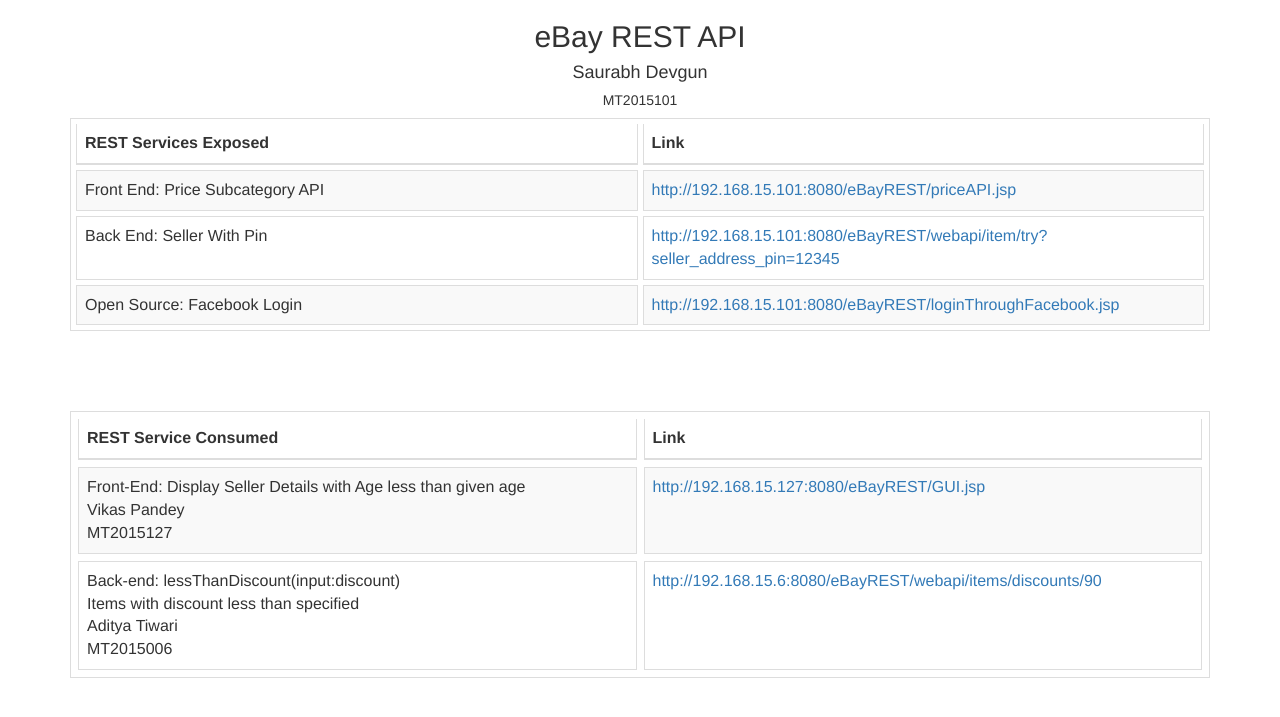
Repository: saurabh-devgun-iiitb/RESTProject
Page: http://localhost/eBayREST/
These files come from the project's save history. The page is drawn as it stood at one moment and after the next save; the edit follows.
The browser window is 1280 px wide. The pictures show the whole page.
The page is served by Tomcat 9. Other server files are loaded and not shown.

Above is the page before, as saved 2016-07-23 10:37:47.

### eBayREST/WebContent/index.jsp
<html>
<head>
  <meta name="viewport" content="width=device-width, initial-scale=1">
  <link rel="stylesheet" href="http://maxcdn.bootstrapcdn.com/bootstrap/3.3.6/css/bootstrap.min.css">
  <script src="https://ajax.googleapis.com/ajax/libs/jquery/1.12.4/jquery.min.js"></script>
  <script src="http://maxcdn.bootstrapcdn.com/bootstrap/3.3.6/js/bootstrap.min.js"></script>
  <style>
  	table{
  		border-spacing:7px;
  		border-collapse:separate;
  		table-layout:fixed;
  		width:300px;
  	}
  </style>
</head>
<body>
	<div align="center">
	    <h2>eBay REST API</h2>
	    <h4>Saurabh Devgun</h4>
	    <h5>MT2015101</h5>
    </div>
    <div class = "container">
    <table class="table table-hover table-striped table-bordered" style="border-spacing:5px">
      <thead>
        <tr>
          <th>REST Services Exposed</th>
          <th>Link</th>
        </tr>
      </thead>
      <tbody>
        <tr>
          <td>Front End: Price Subcategory API</td>
          <td><a href="priceAPI.jsp">http://192.168.15.101:8080/eBayREST/priceAPI.jsp</a></td>
        </tr>
        <tr>
          <td>Back End: Seller With Pin</td>
          <td><a href="sellerWithPin.jsp">http://192.168.15.101:8080/eBayREST/webapi/item/try?seller_address_pin=12345</a></td>
        </tr>
        <tr>
          <td>Open Source: Facebook Login</td>
          <td><a href="loginThroughFacebook.jsp">http://192.168.15.101:8080/eBayREST/loginThroughFacebook.jsp</a></td>
        </tr>
      </tbody>
    </table>
    </div>
    <br><br><br>
    <div class="container">
    	<table class="table table-hover table-striped table-bordered">
      <thead>
        <tr>
          <th>REST Service Consumed</th>
          <th>Link</th>
        </tr>
      </thead>
      <tbody>
        <tr>
          <td>Front-End: Display Seller Details with Age less than given age<br>Vikas Pandey<br>MT2015127</td>
          <td><a href="http://192.168.15.127:8080/eBayREST/GUI.jsp">http://192.168.15.127:8080/eBayREST/GUI.jsp</a></td>
        </tr>
        <tr>
          <td>Back-end: lessThanDiscount(input:discount)<br>Items with discount less than specified<br>Aditya Tiwari<br>MT2015006</td>
          <td><a href="http://192.168.15.6:8080/eBayREST/itemDiscount.jsp">http://192.168.15.6:8080/eBayREST/webapi/items/discounts/90</a></td>
        </tr>
      </tbody>
    </table>
    </div>
    <!--
    <p><a href="priceAPI.jsp">Price API</a></p>
    <p><a href="loginThroughFacebook.jsp">Login through Facebook</a></p>
    <p><a href="sellerWithPin.jsp">Get Sellers In City with pin</a></p>
    -->
</body>
</html>

After the next save:
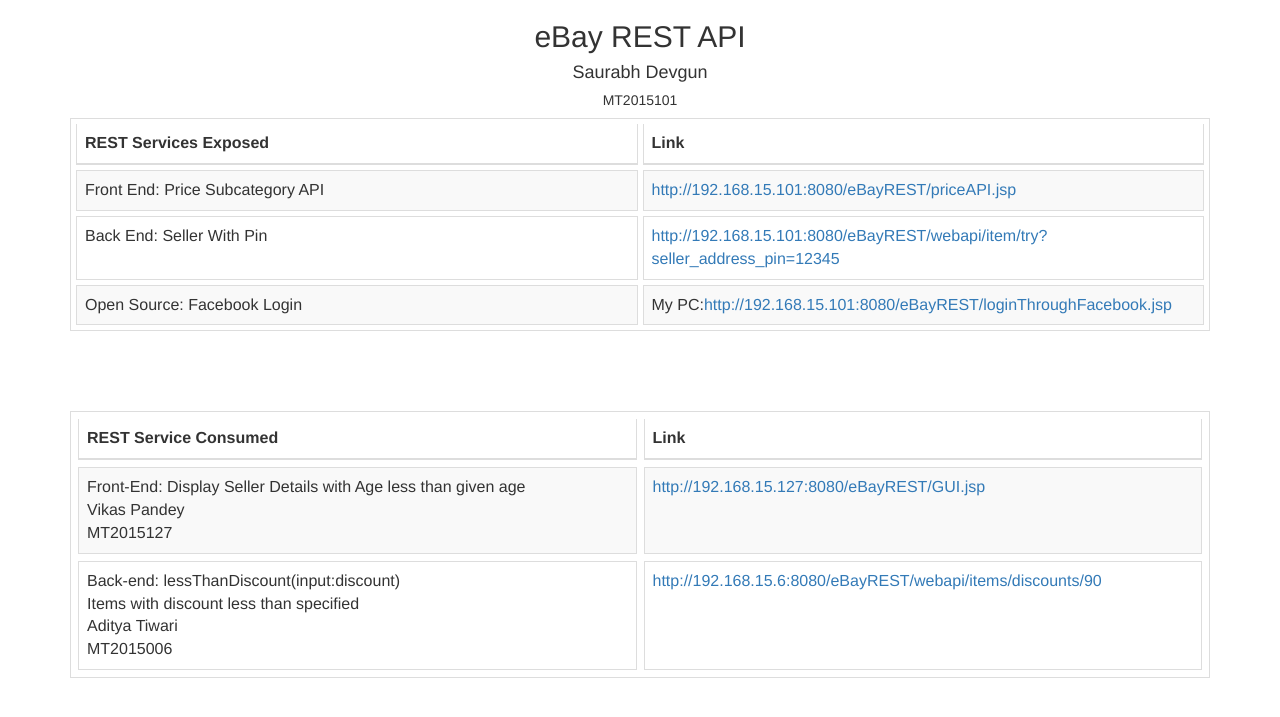
Saved 71 min 57 s later.
--- a/eBayREST/WebContent/index.jsp
+++ b/eBayREST/WebContent/index.jsp
@@ -38,7 +38,7 @@
         </tr>
         <tr>
           <td>Open Source: Facebook Login</td>
-          <td><a href="loginThroughFacebook.jsp">http://192.168.15.101:8080/eBayREST/loginThroughFacebook.jsp</a></td>
+          <td>My PC:<a href="loginThroughFacebook.jsp">http://192.168.15.101:8080/eBayREST/loginThroughFacebook.jsp</a></td>
         </tr>
       </tbody>
     </table>
